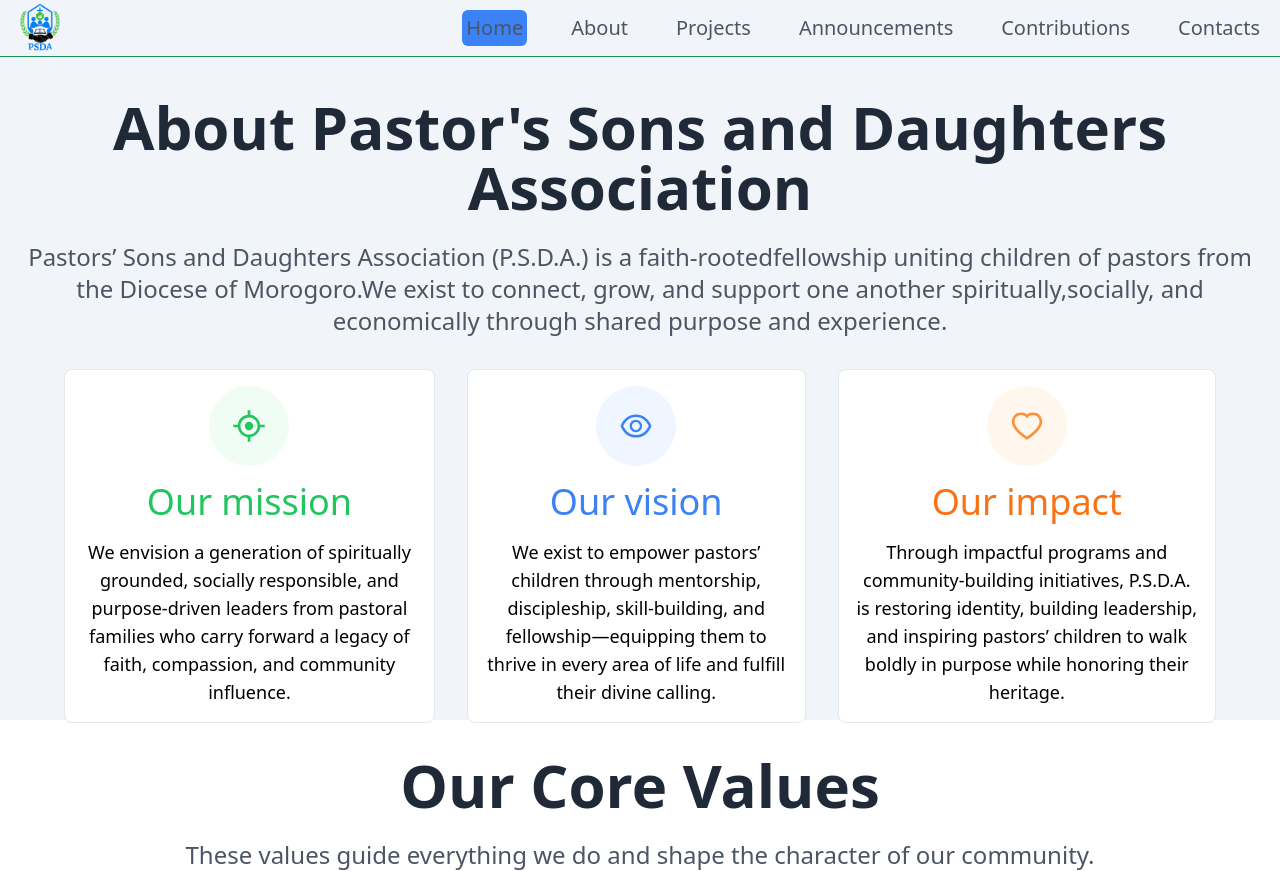
Repository: Zedestar/psda
Page: /about
These files come from the project's save history. The page is drawn as it stood at one moment and after the next save; the edit follows.
The browser window is 1280 px wide. The pictures show the whole page.
The project was rebuilt for these pictures with package versions that can differ from the ones it lists, and the page was loaded fresh each time. Also part of the build but not shown: src/pages/home/home.jsx, src/pages/projects/projects.jsx, src/pages/announcements/announcements.jsx, src/pages/contirbutions/contributions.jsx, src/pages/contacts/contacts.jsx.

Above is the page before, as saved 2025-07-18 20:49:38.

After the next save:
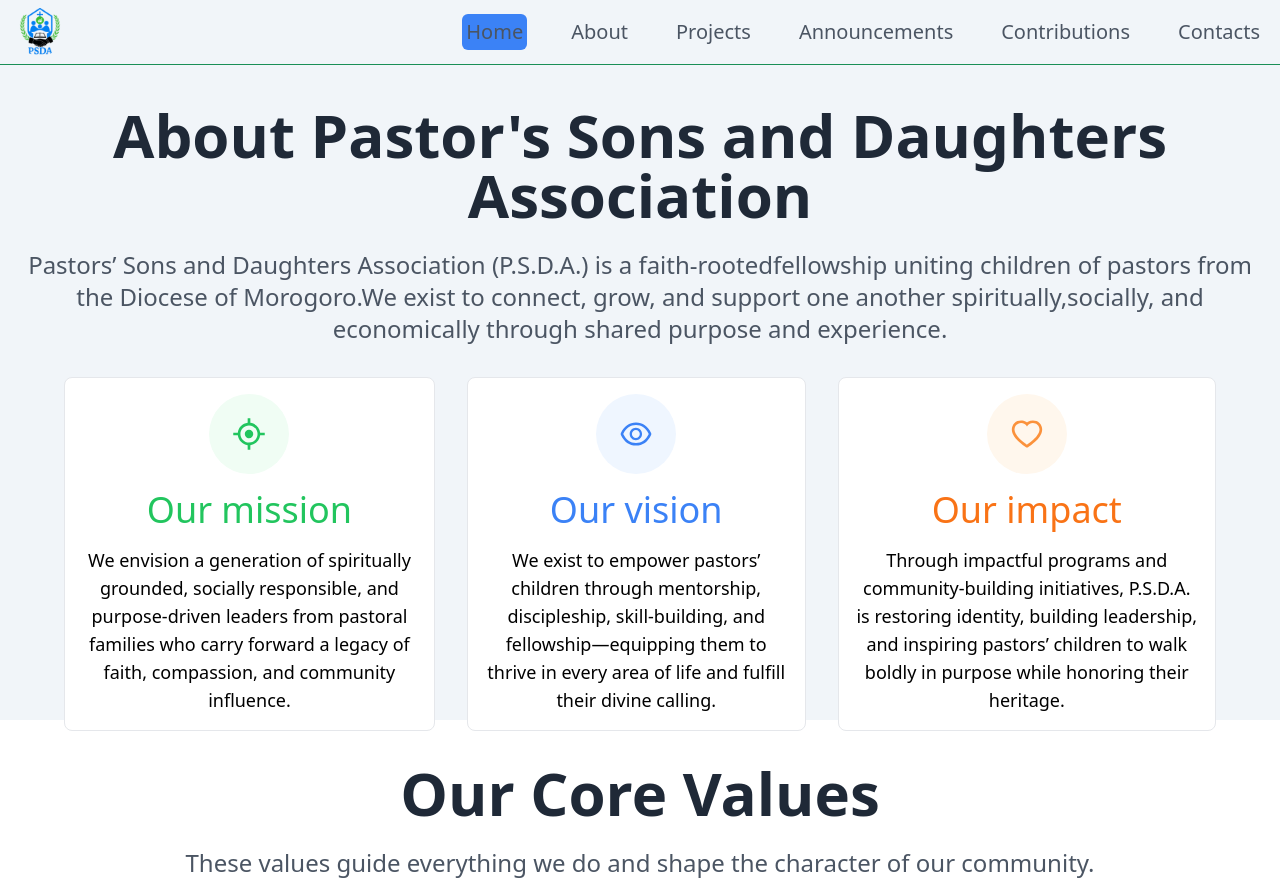
Saved 11 s later.
--- a/src/components/header/header.jsx
+++ b/src/components/header/header.jsx
@@ -6,7 +6,7 @@ import psdaImage from "../../assets/images/psdaImage.png";
 function Header() {
   const [active, setActive] = useState(1);
   return (
-    <header className="flex items-center justify-between px-4 py-1 border-b border-b-psdaGreen">
+    <header className="flex items-center justify-between px-4 py-2 border-b border-b-psdaGreen">
       <div className="text-3xl rounded-full overflow-hidden">
         <img className="h-12 w-12" src={psdaImage} alt="" />
       </div>{" "}
